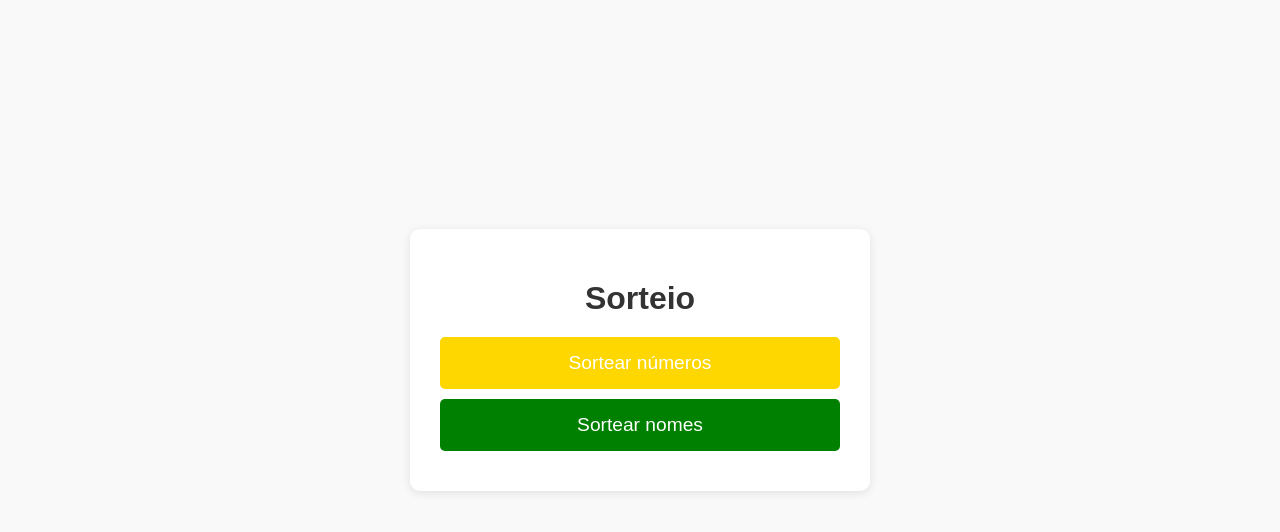
Repository: Matheus904-12/sorte
Page: index.html
An editor plug-in stored every save of this project. The page is shown before and after the next save, followed by the edit.
The browser window is 1280 px wide. The pictures show the whole page.
The pointer rests on the first visible `.options a:last-child`.

Above is the page before, as saved 2023-09-10 19:28:36.

After the next save:
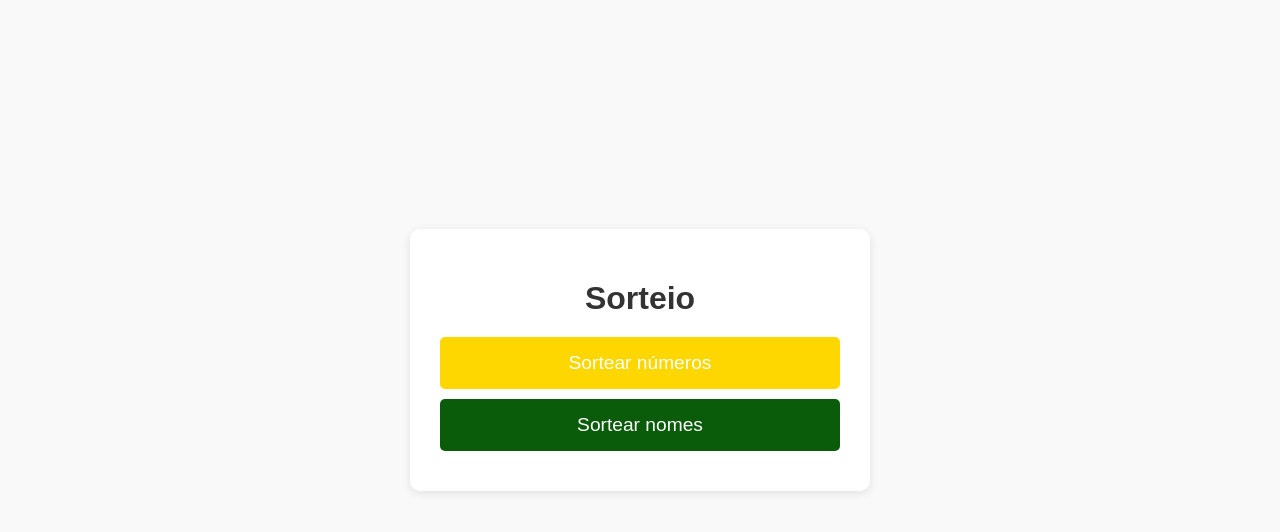
Saved 7 s later.
--- a/style.css
+++ b/style.css
@@ -45,7 +45,7 @@ h1 {
 }
 
 .options a:last-child:hover {
-  background-color: #0a5cc0a;
+  background-color: #0a5c0a;
 }
 
 a.btn-secondary {
